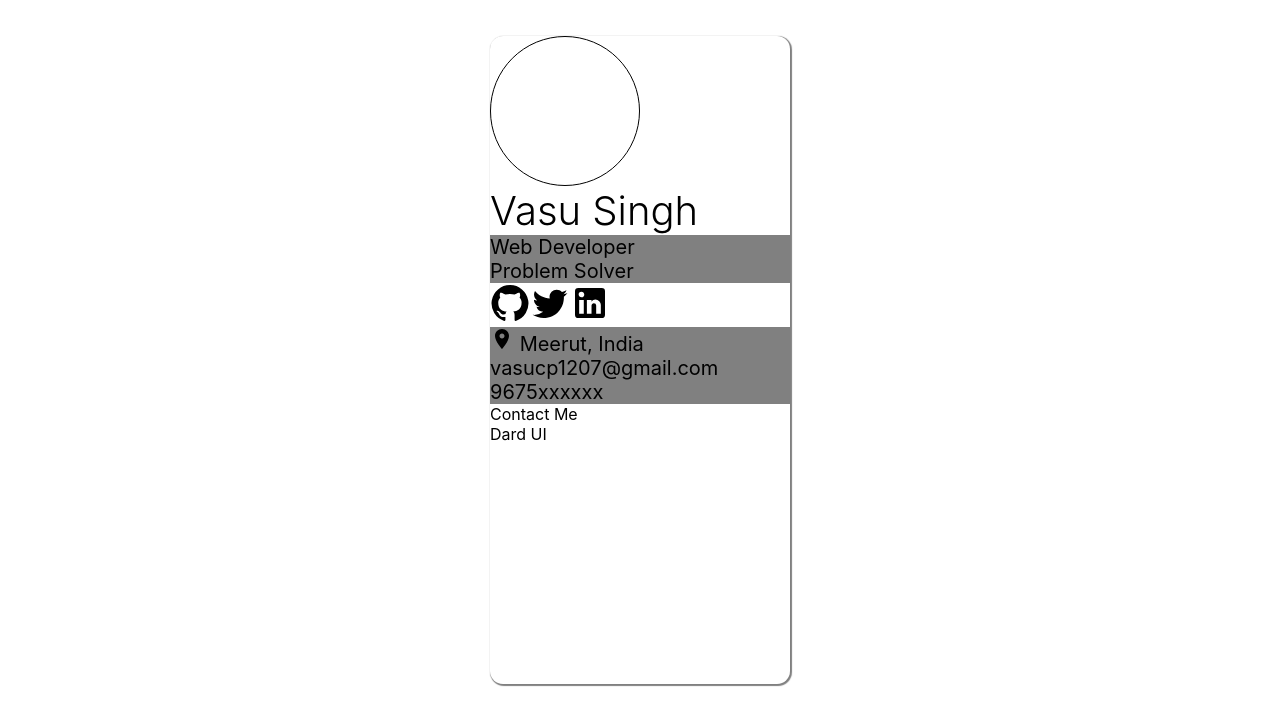
Repository: vasucp1207/grid-port
Page: /about
An editor plug-in stored every save of this project. The page is shown before and after the next save, followed by the edit.
The browser window is 1280 px wide. The pictures show the whole page.
Some web fonts or font styles are not loaded; a fallback is used. The project was rebuilt for these pictures with package versions that can differ from the ones it lists, and the page was loaded fresh each time. Also part of the build but not shown: src/pages/Home.js, src/pages/Projects.js.

Above is the page before, as saved 2022-08-16 22:15:24.

After the next save:
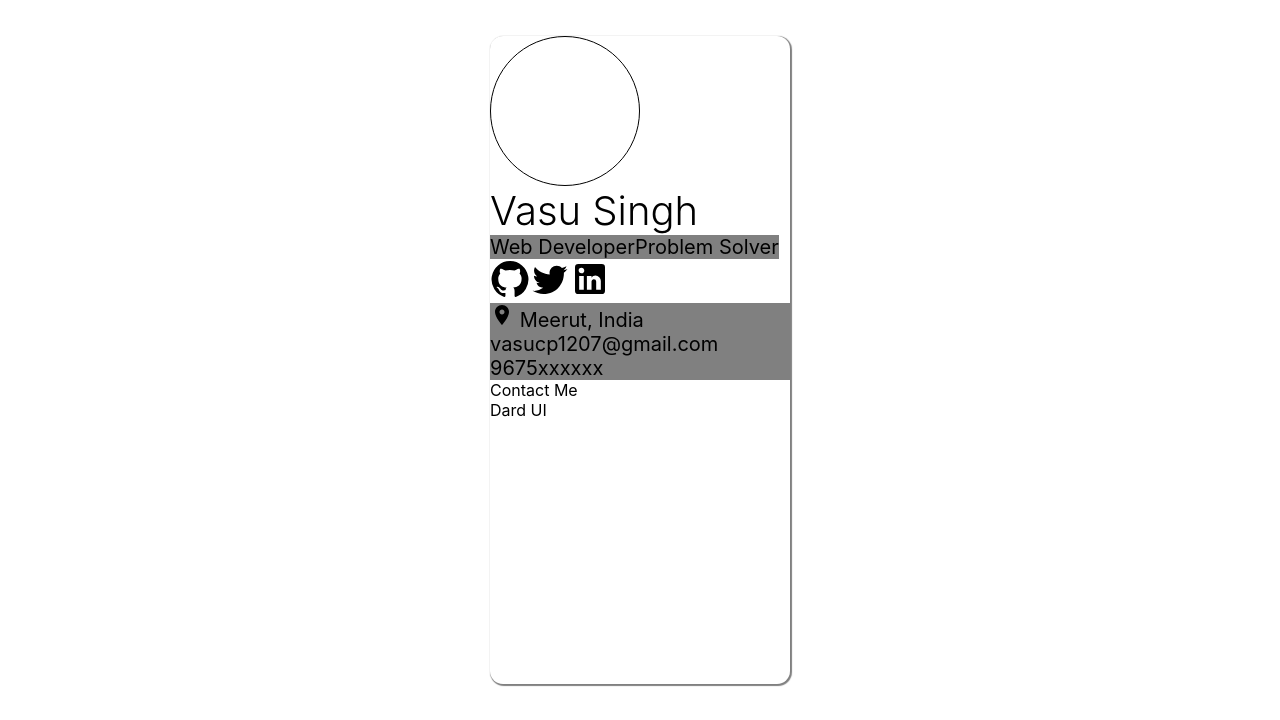
Saved 18 s later.
--- a/src/pages/AboutMe.js
+++ b/src/pages/AboutMe.js
@@ -34,8 +34,8 @@
                     <Left>
                         <div class='avatar'></div>
                         <h1 class='name'>Vasu Singh</h1>
-                        <div class='sim-btn'>Web Developer</div>
-                        <div class='sim-btn'>Problem Solver</div>
+                        <span class='sim-btn'>Web Developer</span>
+                        <span class='sim-btn'>Problem Solver</span>
                         <div>
                             <GitHubIcon  className='icons'/>
                             <TwitterIcon  className='icons'/>

After the save that followed:
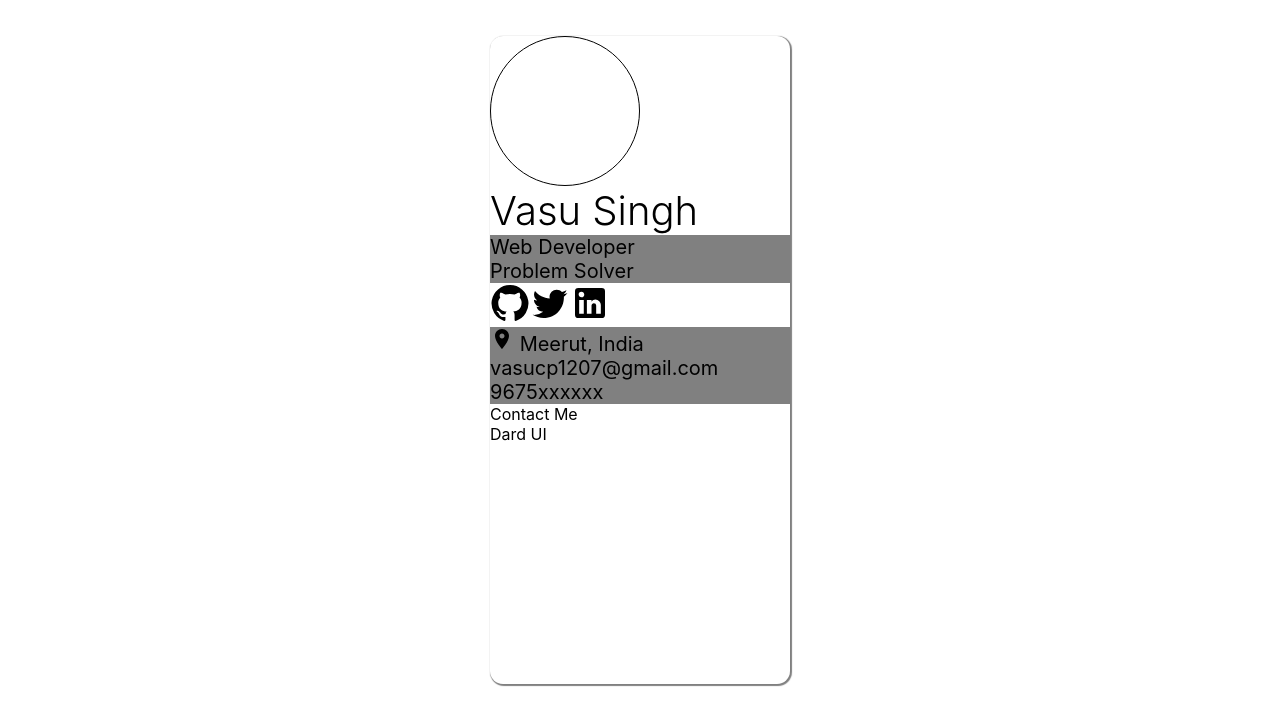
Saved 8 s later.
--- a/src/pages/AboutMe.js
+++ b/src/pages/AboutMe.js
@@ -34,8 +34,8 @@
                     <Left>
                         <div class='avatar'></div>
                         <h1 class='name'>Vasu Singh</h1>
-                        <span class='sim-btn'>Web Developer</span>
-                        <span class='sim-btn'>Problem Solver</span>
+                        <div class='sim-btn'>Web Developer</div>
+                        <div class='sim-btn'>Problem Solver</div>
                         <div>
                             <GitHubIcon  className='icons'/>
                             <TwitterIcon  className='icons'/>
